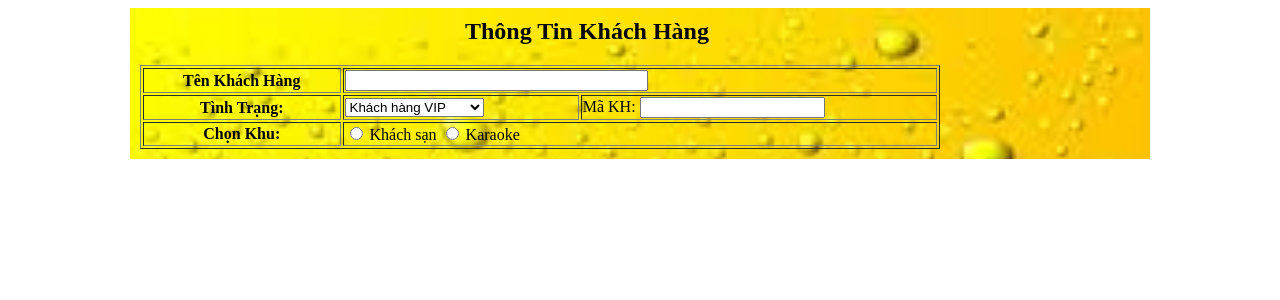
Repository: Tan-Khang21/TH_TKW--Buoi_04
Page: Bai_Tap_Tren_Lop/Bai_02/Frame6.html
These files come from the project's save history. The page is drawn as it stood at one moment and after the next save; the edit follows.
The browser window is 1280 px wide. The pictures show the whole page.

Above is the page before, as saved 2024-03-06 12:49:14.

### Bai_Tap_Tren_Lop/Bai_02/Frame6.html
<!DOCTYPE html>
<html lang="en">
  <head>
    <meta charset="UTF-8" />
    <meta name="viewport" content="width=device-width, initial-scale=1.0" />
    <title>Document</title>
  </head>
  <body>
    <div
      style="
        background-image: url(../Bai_02/images/hinh.jpg);
        width: 1000px;
        margin: 0 auto;
        background-repeat: no-repeat;
        background-size: 100%;
        padding: 10px;
      "
    >
      <h2 style="width: 35%; margin: 0 auto">Thông Tin Khách Hàng</h2>
    <table border="1px" style="Width: 800px; margin-top: 20px;">
        <tr>
            <th style="width: 25%;">Tên Khách Hàng</th>
            <td  colspan="2"><input type="text" style="width: 50%;"></td>
        </tr>
        <tr>
            <th style="width: 25%;">Tình Trạng:</th>
            <td  >
                <select style="width: 60%;">
                    <option value="">Khách hàng VIP</option>
                    <option value="">Khách hàng thành viên</option>
                    <option value="">Khách hàng mới</option>
                </select>
            </td>
            <td><span>Mã KH: </span><input type="text"></td>
        </tr>
        <tr>
            <th style="width: 25%;">Chọn Khu:</th>
            <td colspan="2" ><input type="radio" name="radio"> Khách sạn
            <input type="radio" name="radio"> Karaoke</td>
        </tr>
    </table>
    </div>
  </body>
</html>

After the next save:
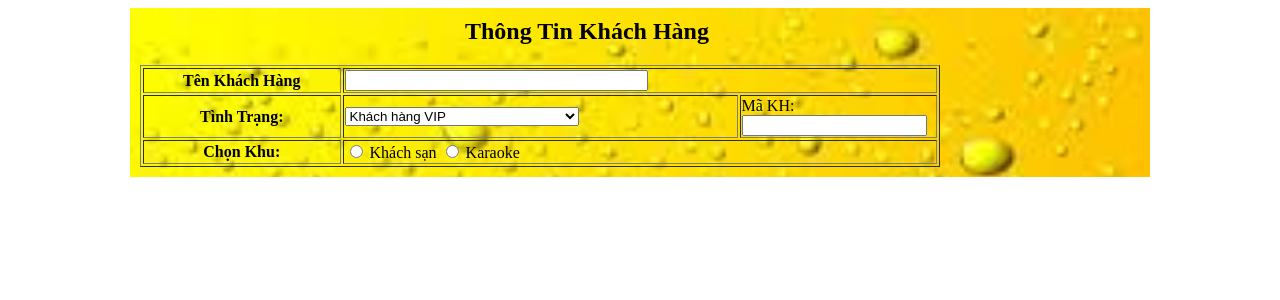
Saved 16 s later.
--- a/Bai_Tap_Tren_Lop/Bai_02/Frame6.html
+++ b/Bai_Tap_Tren_Lop/Bai_02/Frame6.html
@@ -31,7 +31,7 @@
                     <option value="">Khách hàng mới</option>
                 </select>
             </td>
-            <td><span>Mã KH: </span><input type="text"></td>
+            <td style="width: 25%;"><span>Mã KH: </span><input type="text"></td>
         </tr>
         <tr>
             <th style="width: 25%;">Chọn Khu:</th>

After the save that followed:
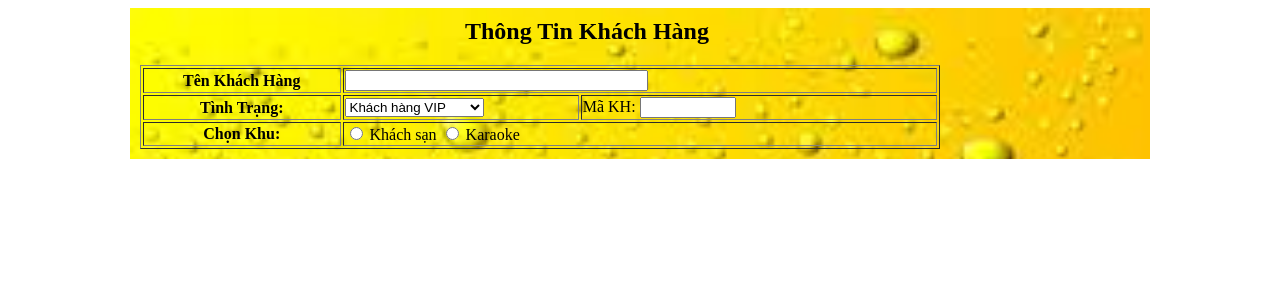
Saved 10 s later.
--- a/Bai_Tap_Tren_Lop/Bai_02/Frame6.html
+++ b/Bai_Tap_Tren_Lop/Bai_02/Frame6.html
@@ -31,7 +31,7 @@
                     <option value="">Khách hàng mới</option>
                 </select>
             </td>
-            <td style="width: 25%;"><span>Mã KH: </span><input type="text"></td>
+            <td ><span>Mã KH: </span><input style="width: 25%;" type="text"></td>
         </tr>
         <tr>
             <th style="width: 25%;">Chọn Khu:</th>
